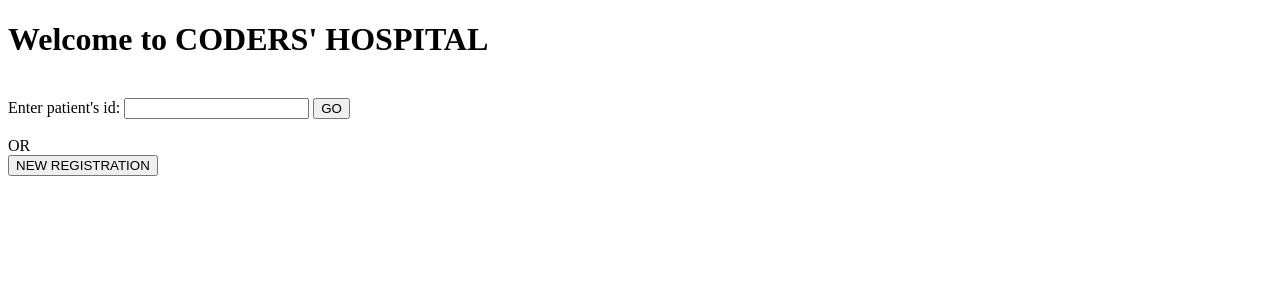
Repository: PoojaK97/OrganProcurement
Page: Organ_Procurement/WebContent/landing.html
An editor plug-in stored every save of this project. The page is shown before and after the next save, followed by the edit.
The browser window is 1280 px wide. The pictures show the whole page.

Above is the page before, as saved 2019-12-10 11:21:53.

After the next save:
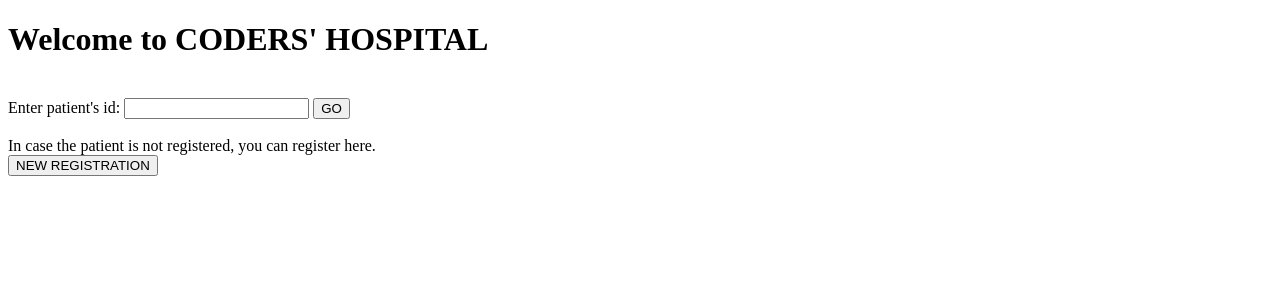
Saved 65 s later.
--- a/Organ_Procurement/WebContent/landing.html
+++ b/Organ_Procurement/WebContent/landing.html
@@ -13,8 +13,8 @@
  <input type='submit' value='GO'>
 </form>
 <br>
- OR
- <br>
+ In case the patient is not registered, you can register here.
+<br>
 <form>
  <input type='submit' value='NEW REGISTRATION'>
 </form>
